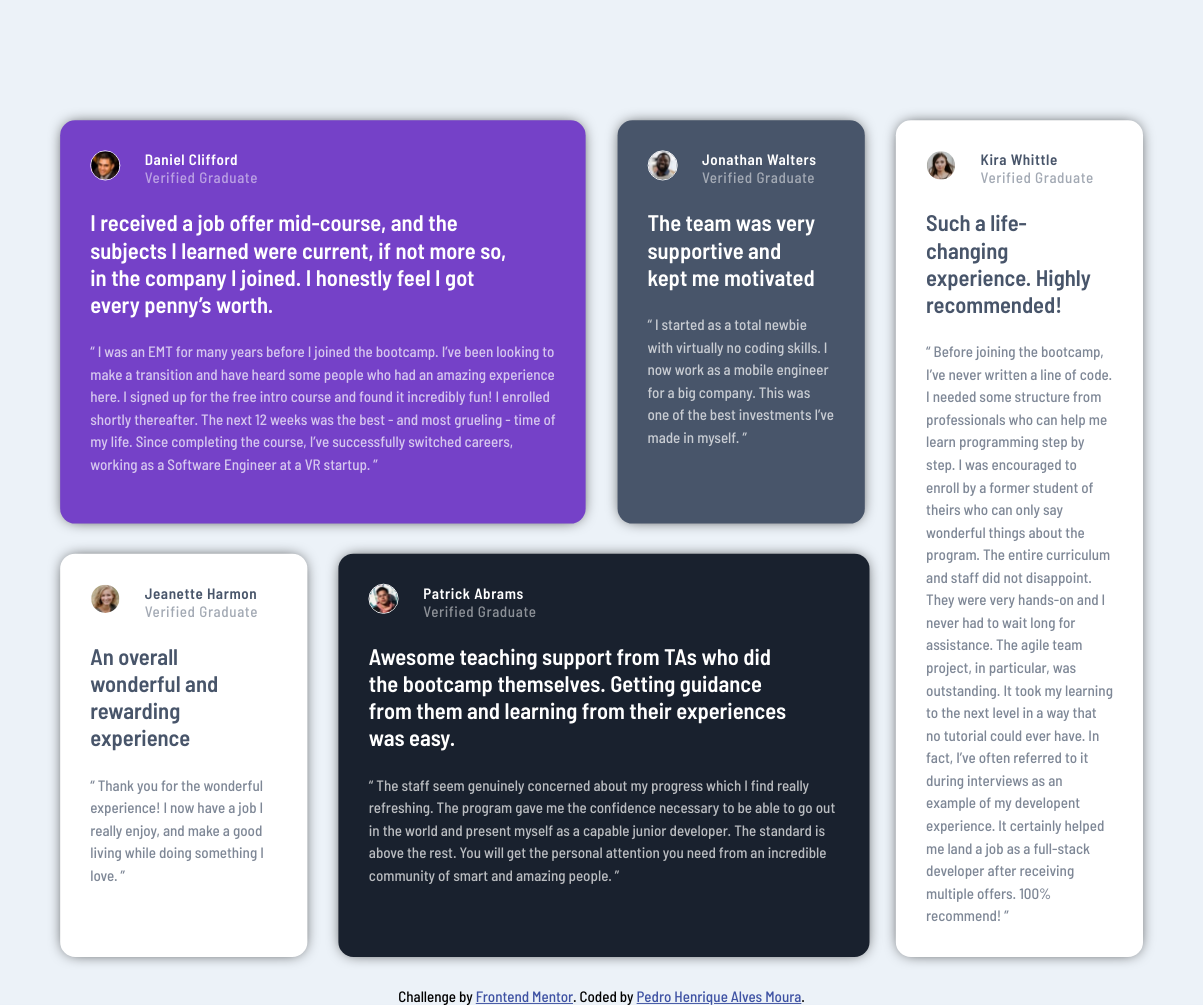
Repository: Pedrohamoura-Git/Frontend-Mentor-Challenges
Page: Junior/testimonials-grid-section-main/index.html
An editor plug-in stored every save of this project. The page is shown before and after a run of saves, followed by the edit.
The browser window is 1280 px wide. The pictures show the whole page, at 94% of full size.

Above is the page before, as saved 2021-06-02 10:20:50.

After the next 4 saves:
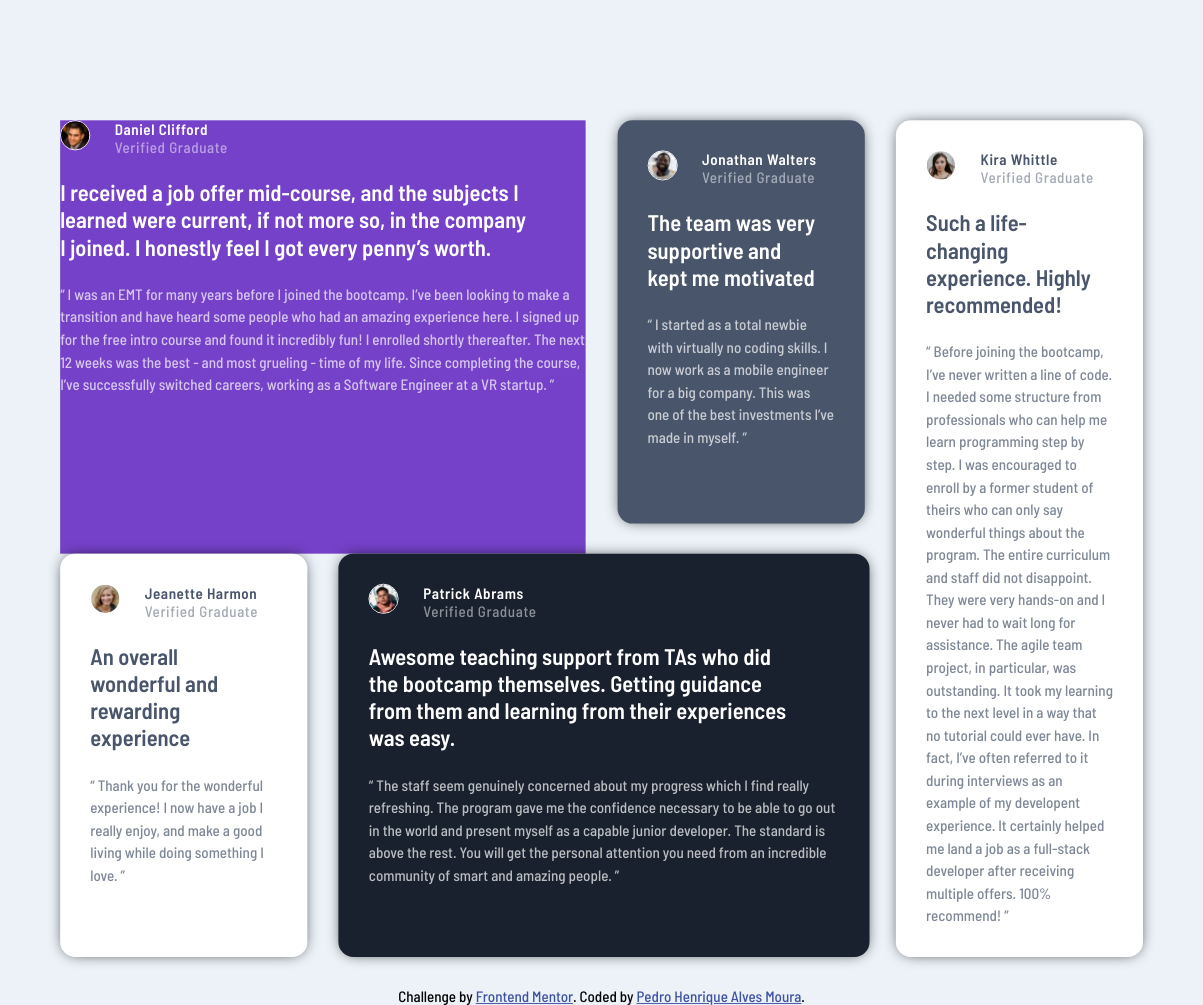
The 4 saves are shown as one change because they came seconds apart.
The last was saved 7 min 13 s later.
--- a/Junior/testimonials-grid-section-main/css/style.css
+++ b/Junior/testimonials-grid-section-main/css/style.css
@@ -61,6 +61,8 @@
         line-height: 1.5rem;
         opacity: 70%;
     }
+
+    #card1
 
     #card1, #card2, #card3, #card4, #card5 {
         border-radius: 1rem;

After the save that followed:
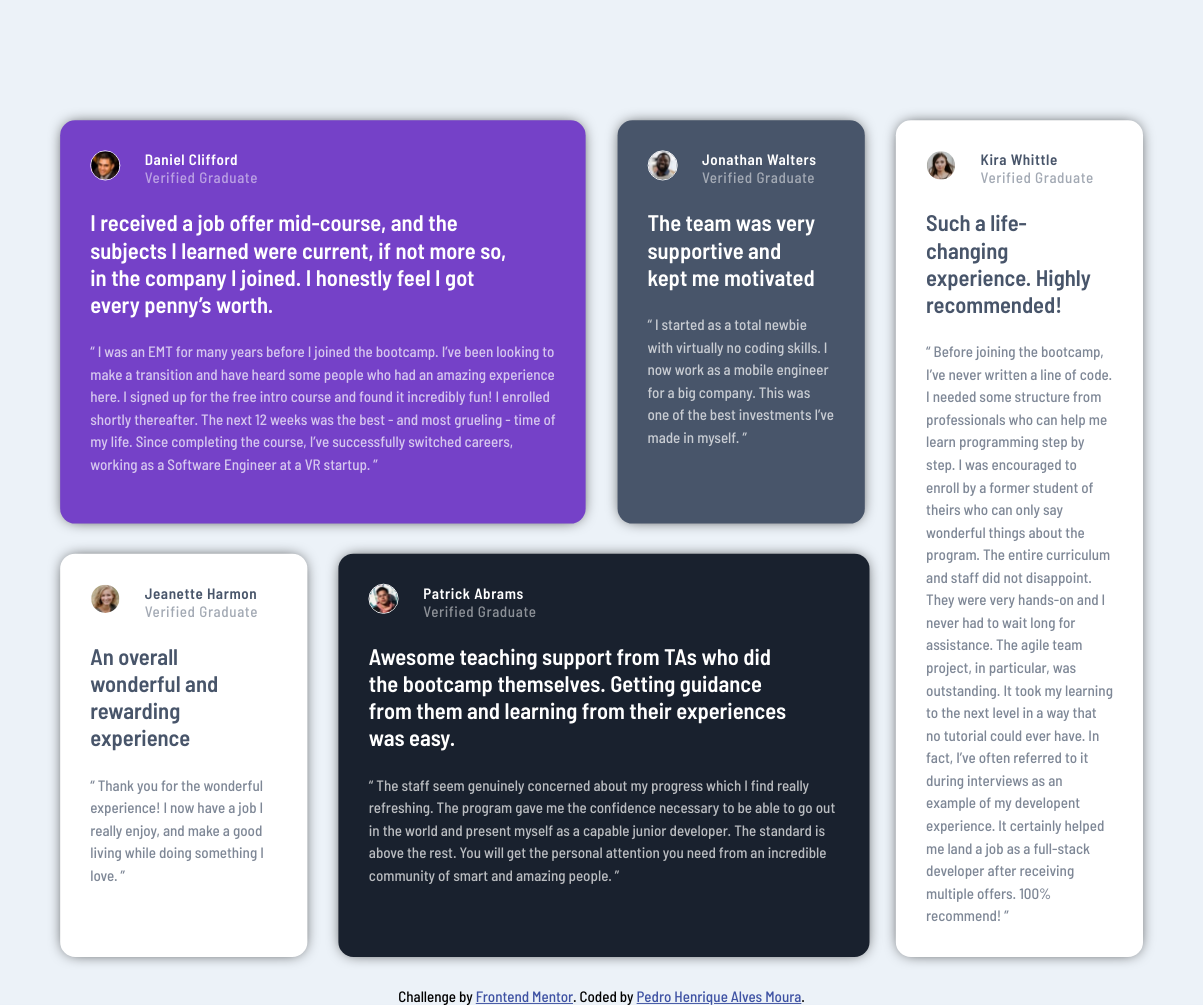
Saved 18 s later.
--- a/Junior/testimonials-grid-section-main/css/style.css
+++ b/Junior/testimonials-grid-section-main/css/style.css
@@ -61,8 +61,6 @@
         line-height: 1.5rem;
         opacity: 70%;
     }
-
-    #card1
 
     #card1, #card2, #card3, #card4, #card5 {
         border-radius: 1rem;
